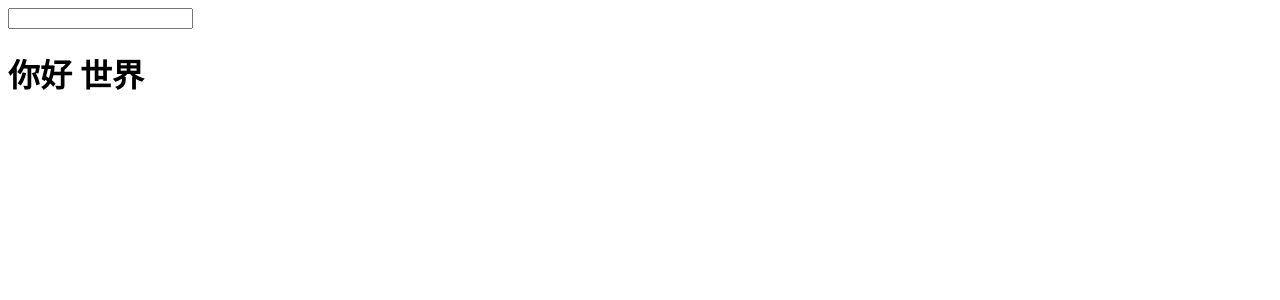
Repository: 1404413577/jsdemo
Page: javascript/数据的双向绑定.html
These files come from the project's save history. The page is drawn as it stood at one moment and after the next save; the edit follows.
The browser window is 1280 px wide. The pictures show the whole page.

Above is the page before, as saved 2022-11-25 14:07:18.

### javascript/数据的双向绑定.html
<!DOCTYPE html>
<html lang="en">
<head>
    <meta charset="UTF-8">
    <meta http-equiv="X-UA-Compatible" content="IE=edge">
    <meta name="viewport" content="width=device-width, initial-scale=1.0">
    <title>Document</title>
</head>
<body>
    <div>
        <input type="text" value="" id="ipt">
        <h1 id="h1"></h1>
    </div>
</body>
<script>
    let ipt = document.getElementById("ipt");
    let h1 = document.getElementById("h1");

    let data = {};
    Object.defineProperty(data,'msg',{
        get: function(){
            return "你好 世界"
        },
        set:function() {

        }
    })

    h1.innerHTML = data.msg
</script>
</html>

After the next save:
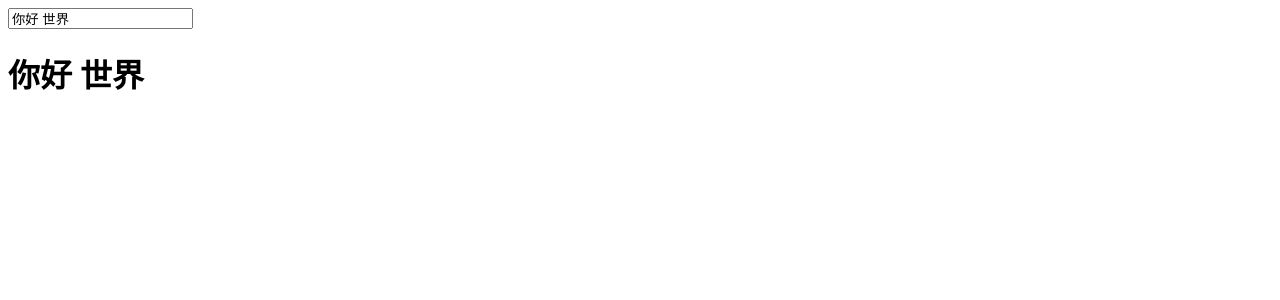
Saved 30 s later.
--- a/javascript/数据的双向绑定.html
+++ b/javascript/数据的双向绑定.html
@@ -27,5 +27,6 @@
     })
 
     h1.innerHTML = data.msg
+    ipt.value = data.msg
 </script>
 </html>
